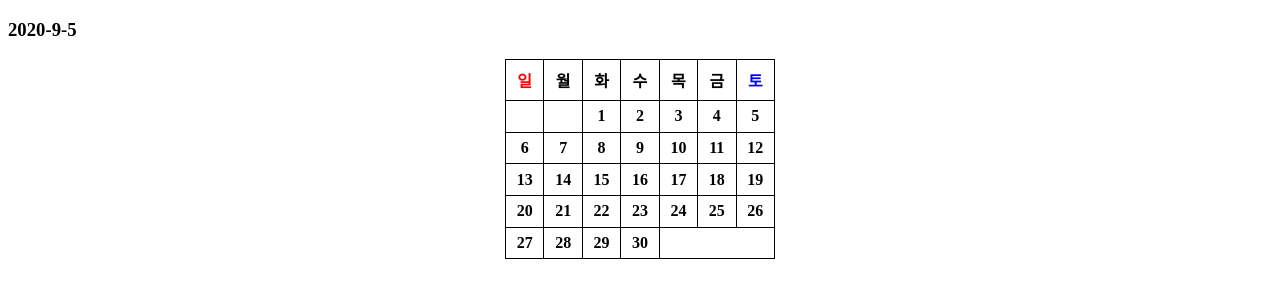
Repository: gyungmean/2020_2_webProgramming
Page: http://localhost/week6/Practice19/Practice19.jsp
The author's editor kept a copy of each file at every save. The page is drawn from the files as they stood at one save, then again after the next save.
The browser window is 1280 px wide. The pictures show the whole page.
The page is served by Tomcat 9.

Above is the page before, as saved 2020-10-26 13:53:41.

After the next save:
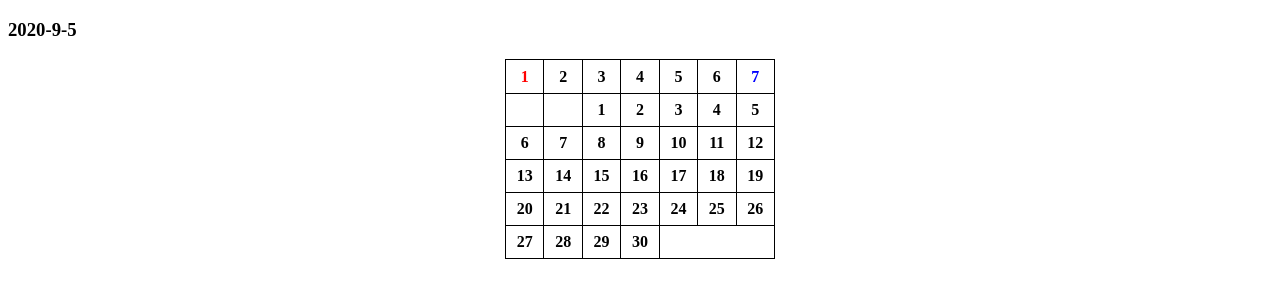
Saved 3 min 57 s later.
--- a/week6/week6/WebContent/Practice19/Practice19.jsp
+++ b/week6/week6/WebContent/Practice19/Practice19.jsp
@@ -52,13 +52,9 @@
 	out.println("<div align=\"center\">");
 	out.println("<table class=\"cal\">");
 	out.println("<tr class=\"cal\">");
-		out.println("<td class=\"cal\"><font color=\"red\">일</font></td>");
-		out.println("<td class=\"cal\">월</td>");
-		out.println("<td class=\"cal\">화</td>");
-		out.println("<td class=\"cal\">수</td>");
-		out.println("<td class=\"cal\">목</td>");
-		out.println("<td class=\"cal\">금</td>");
-		out.println("<td class=\"cal\"><font color=\"blue\">토</font></td>");
+		for(int i = 1; i <= 7; i++){
+			out.println("<td class=\"cal\">" + parseDay(i, day_word[i - 1]) + "</td>");
+		}
 	out.println("</tr>");
 
 		out.println("<tr class=\"cal\">");
